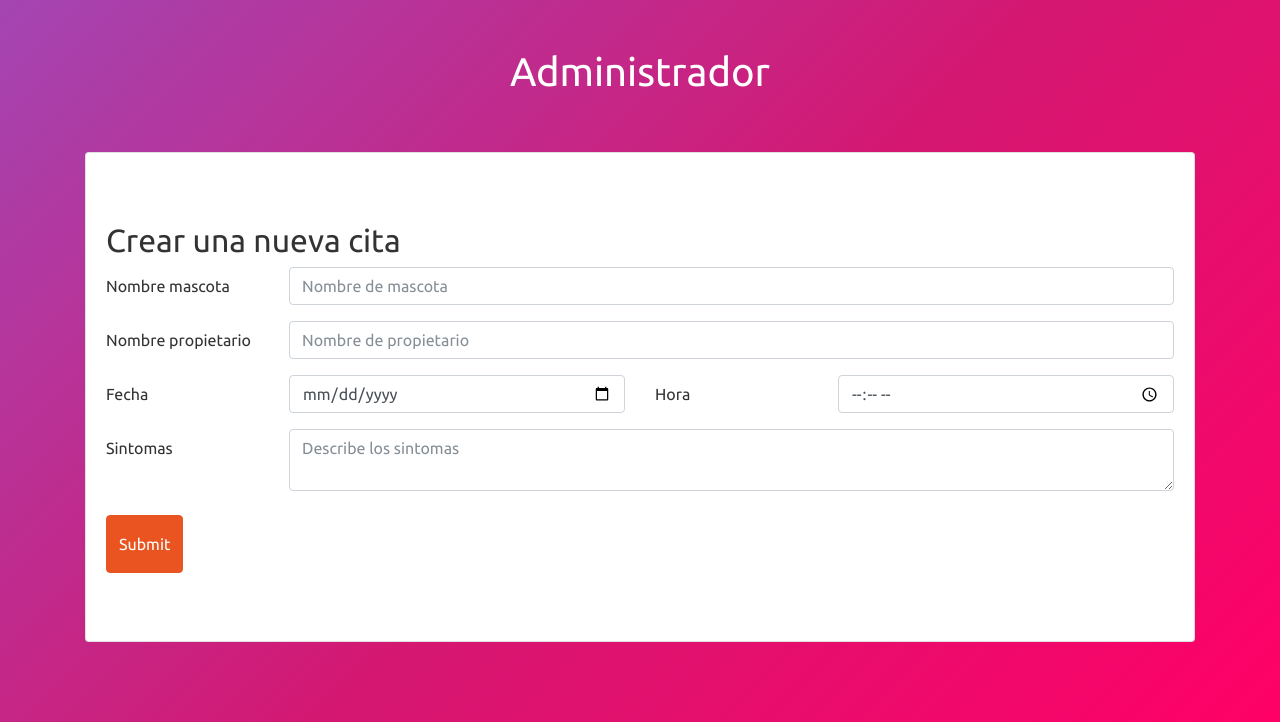
Repository: harrycampaz/react-veterinario-form
Page: /
These files come from the project's save history. The page is drawn as it stood at one moment and after the next save; the edit follows.
The browser window is 1280 px wide. The pictures show the whole page.
The project was rebuilt for these pictures with package versions that can differ from the ones it lists, and the page was loaded fresh each time.

Above is the page before, as saved 2020-01-16 14:26:42.

After the next save:
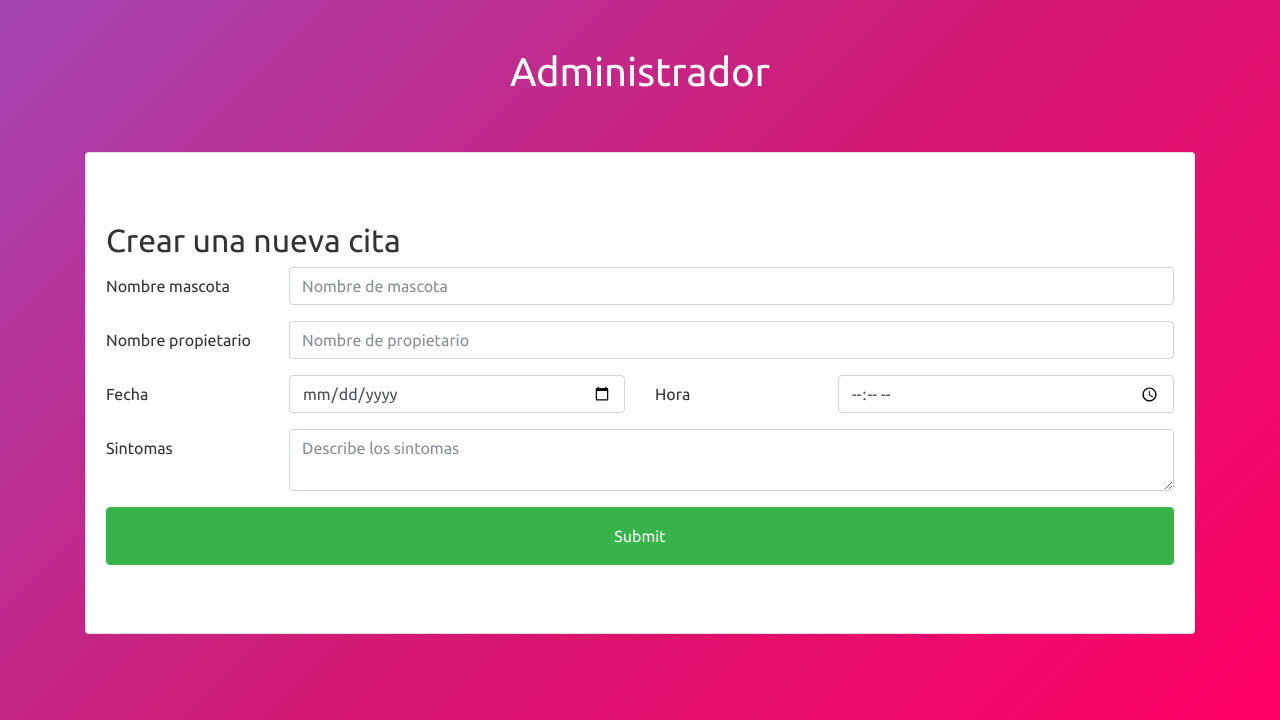
Saved 18 s later.
--- a/src/components/layout/NuevaCita.js
+++ b/src/components/layout/NuevaCita.js
@@ -84,7 +84,7 @@ class NuevaCita extends Component {
             </div>
           </div>
 
-          <button type="submit" className=" py-3 mt-2 btn btn-primary">Submit</button>
+          <button type="submit" className=" py-3 mt-2 btn btn-success btn-block">Submit</button>
         </form>
       </div>
       </div>
